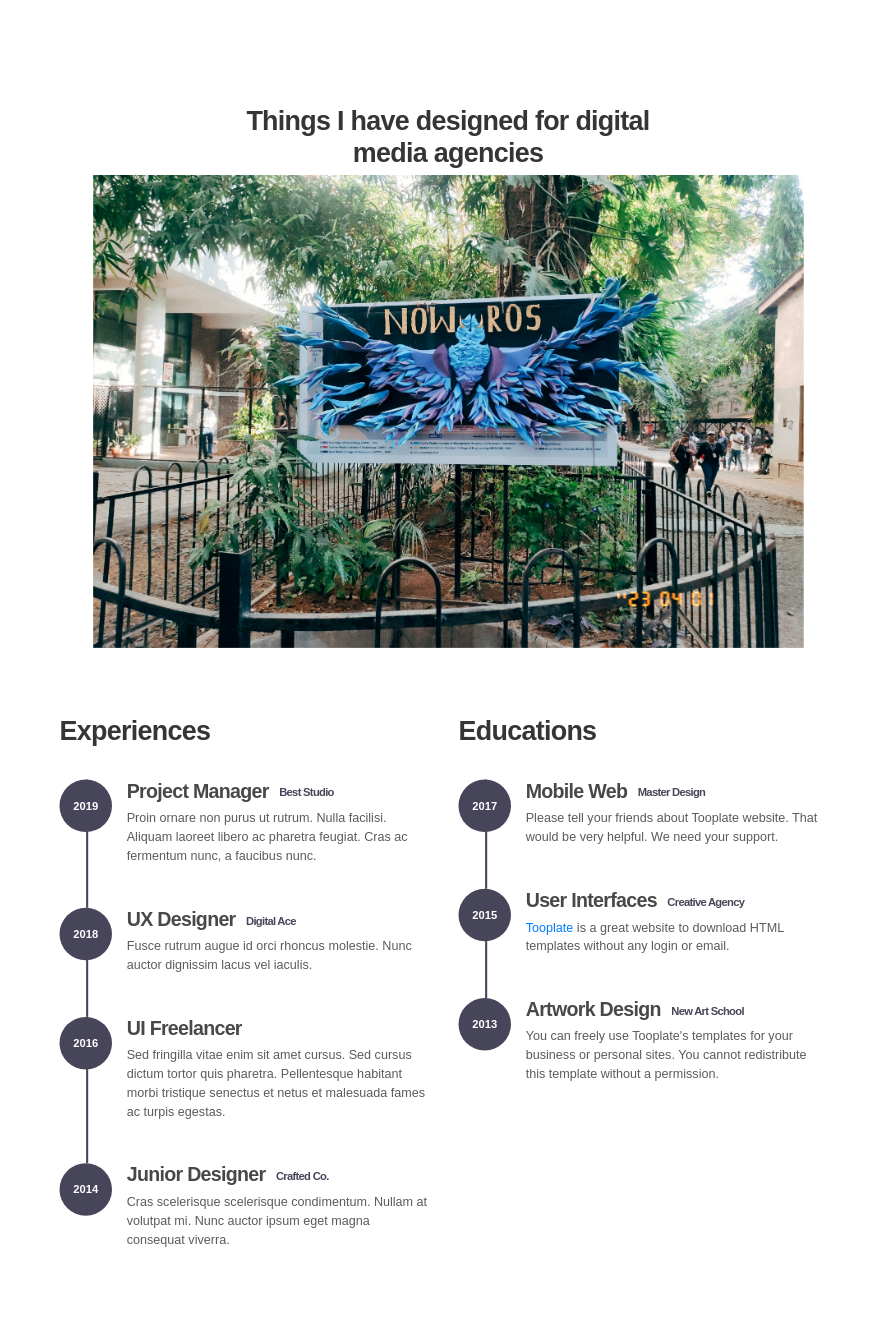
Repository: Tanmay-Kayande/Myportfolio
Page: http://localhost/myproject/
An editor plug-in stored every save of this project. The page is shown before and after the next save, followed by the edit.
The browser window is 1280 px wide. The pictures show the part of the page from y = 544 to 2464 px (the page is 3161 px tall before and 2485 px after), at 70% of full size.
Pictures or frames that could not be fetched are drawn as grey boxes. Some web fonts or font styles are not loaded; a fallback is used. The page is served by Tomcat 9.

Above is the page before, as saved 2024-01-24 07:02:35.

After the next save:
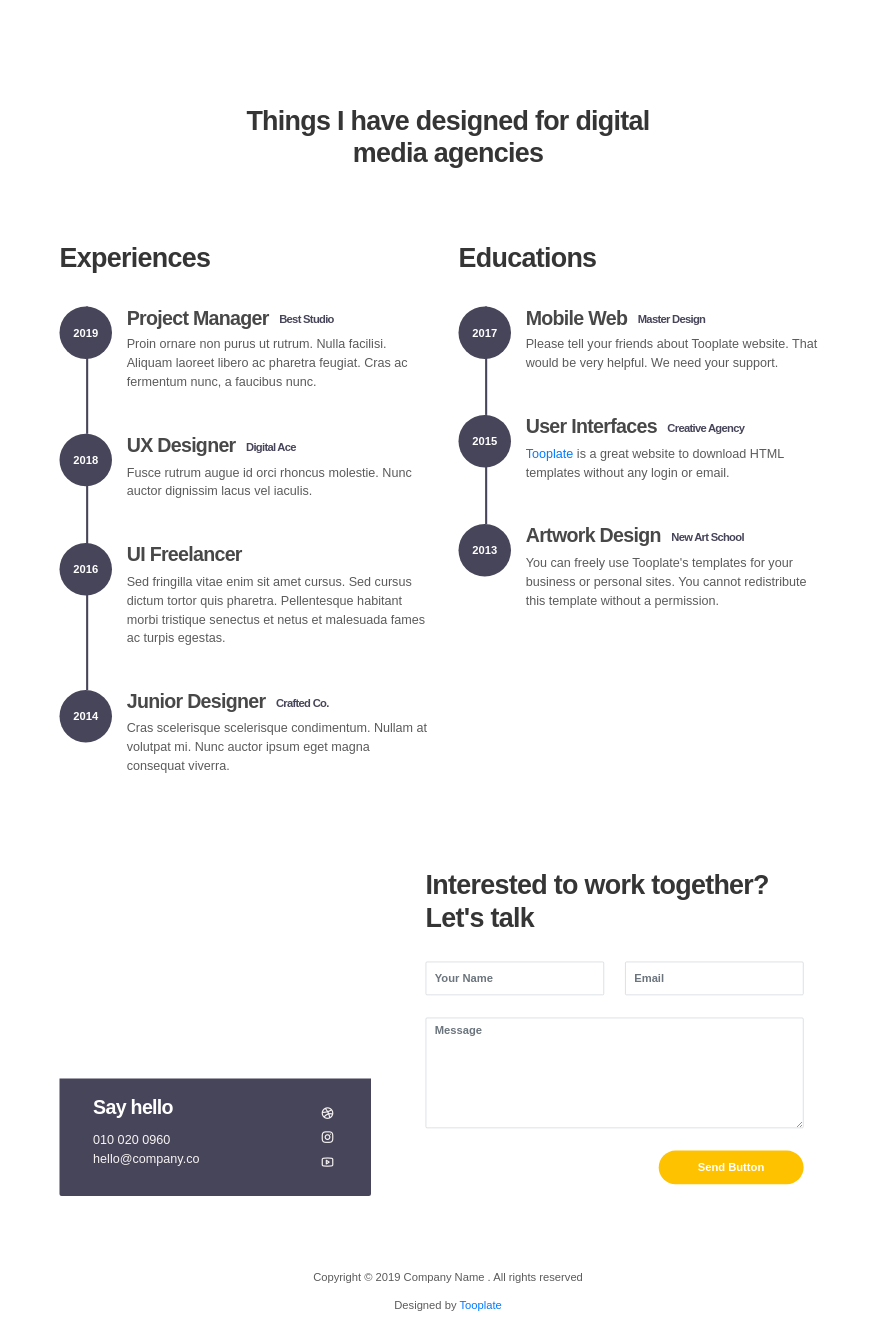
Saved 99 s later.
--- a/myproject/src/main/webapp/index.jsp
+++ b/myproject/src/main/webapp/index.jsp
@@ -122,7 +122,7 @@
 
 					<div class="owl-carousel owl-theme">
 						<!-- loop -->
-						<%-- <%
+						<%
 						ArrayList<Object> al = new ProjectDao().read();
 
 						for (int index = al.size() - 1; index >= 0; index--) {
@@ -139,14 +139,14 @@
 
 						<%
 						}
-						%> --%>
-						  <div class="item">
+						%>
+						<!--  <div class="item">
                           <div class="project-info">
                             <img src="images/myprojects/2024-01-24T121206.905543200FIMO_1680350505253.jpg" class="img-fluid" alt="project image">
                           </div>
                         </div>
 
-                      <!--  <div class="item">
+                        <div class="item">
                           <div class="project-info">
                             <img src="images/project/project-image03.png" class="img-fluid" alt="project image">
                           </div>
